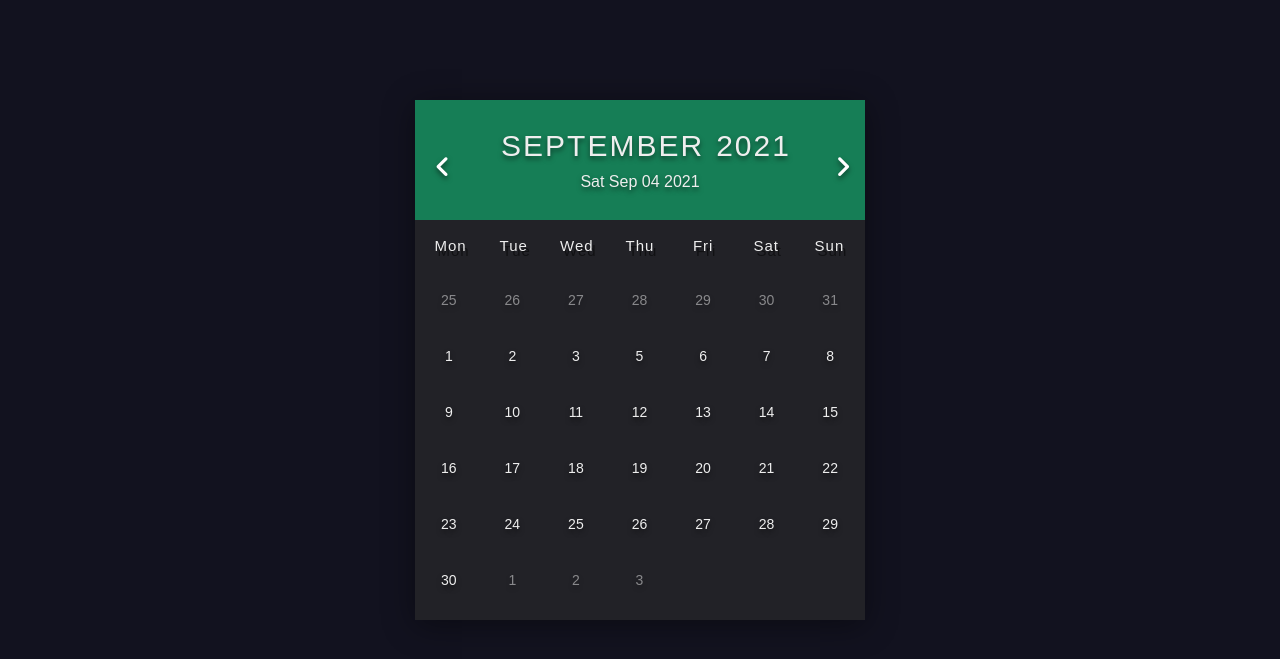
Repository: dboinska/calendar
Page: index.html
An editor plug-in stored every save of this project. The page is shown before and after the next save, followed by the edit.
The browser window is 1280 px wide. The pictures show the whole page.
Some web libraries are served in a nearby version.

Above is the page before, as saved 2021-09-06 18:21:05.

### index.html
<!DOCTYPE html>
<html lang="en">
  <head>
    <meta charset="UTF-8" />
    <meta http-equiv="X-UA-Compatible" content="IE=edge" />
    <meta name="viewport" content="width=device-width, initial-scale=1.0" />
    <title>Calendar</title>
    <script
      src="https://kit.fontawesome.com/5567926149.js"
      crossorigin="anonymous"
    ></script>
    <link rel="stylesheet" href="style.css" />
  </head>
  <body>
    <div class="container">
      <div class="calendar">
        <div class="month">
          <i class="fas fa-angle-left prev"></i>
          <div class="date">
            <div class="header">
              <h1></h1>
              <h2></h2>
            </div>
            <p></p>
          </div>
          <i class="fas fa-angle-right next"></i>
        </div>
        <div class="weekdays">
          <div>Mon</div>
          <div>Tue</div>
          <div>Wed</div>
          <div>Thu</div>
          <div>Fri</div>
          <div>Sat</div>
          <div>Sun</div>
        </div>
        <div class="days"></div>
      </div>
    </div>
    <script src="script.js"></script>
  </body>
</html>

### style.css
* {
  margin: 0;
  padding: 0;
  box-sizing: border-box;
  font-family: "Quicksand", sans-serif;
}

html {
  font-size: 62.5%;
}

.container {
  width: 100%;
  height: 100vh;
  background-color: #12121f;
  color: #eee;
  display: flex;
  justify-content: center;
  align-items: center;
}

.calendar {
  width: 45rem;
  height: 52rem;
  background-color: #222227;
  box-shadow: 0 0.5rem 3rem rgba(0, 0, 0, 0.4);
}

.fas {
  height: 10px;
  width: 10px;
  color: white;
}

.month {
  width: 100%;
  height: 12rem;
  background-color: #167e56;
  display: flex;
  justify-content: space-between;
  align-items: center;
  padding: 0 2rem;
  text-align: center;
  text-shadow: 0 0.3rem 0.5rem rgba(0, 0, 0, 0.5);
}

.month i {
  font-size: 2.5rem;
  cursor: pointer;
}

.month h1,
h2 {
  font-size: 3rem;
  font-weight: 400;
  text-transform: uppercase;
  letter-spacing: 0.2rem;
  margin-bottom: 1rem;
  padding-left: 1.2rem;
}

.month p {
  font-size: 1.6rem;
}

.weekdays {
  width: 100%;
  height: 5rem;
  padding: 0 0.4rem;
  display: flex;
  align-items: center;
}

.weekdays div {
  font-size: 1.5rem;
  font-weight: 400;
  letter-spacing: 0.1rem;
  width: calc(44.2rem / 7);
  display: flex;
  justify-content: center;
  align-items: center;
  text-shadow: 0.3rem 0.5rem rgba(0, 0, 0, 0.5);
}

.days {
  width: 100%;
  display: flex;
  flex-wrap: wrap;
  padding: 0.2rem;
}

.days div {
  font-size: 1.4rem;
  margin: 0.3rem;
  width: calc(40.3rem / 7);
  height: 5rem;
  display: flex;
  justify-content: center;
  align-items: center;
  text-shadow: 0 0.3rem 0.5rem rgba(0, 0, 0, 0.5);
  transition: background-color 0.2s;
}

.days div:hover:not(.today) {
  background-color: #262626;
  border: 2rem solid #777;
  cursor: pointer;
}

.prev-date,
.next-date {
  opacity: 0.5;
}

.header {
  display: flex;
}

.today,
.clickedDay {
  background-color: #167e56;
}

### script.js
const date = new Date();
const renderCalendar = () => {
  const monthDays = document.querySelector(".days");
  const d = new Date(date.getFullYear(), date.getMonth() + 1, 0);
  const lastDay = new Date(
    date.getFullYear(),
    date.getMonth() + 1,
    0
  ).getDate();
  const prevLastDay = new Date(
    date.getFullYear(),
    date.getMonth(),
    0
  ).getDate();
  const firstDayIndex = date.getDay();
  const lastDayIndex = new Date(
    date.getFullYear(),
    date.getMonth(),
    0
  ).getDay();
  console.log(lastDayIndex);
  console.log(lastDay);

  const nextDays = 7 - lastDayIndex - 1;
  const months = [
    "January",
    "February",
    "March",
    "April",
    "May",
    "June",
    "July",
    "August",
    "September",
    "October",
    "November",
    "December",
  ];

  document.querySelector(".date h1").textContent = months[date.getMonth()];
  document.querySelector(".date h2").textContent = date.getFullYear();

  document.querySelector(".date p").textContent = new Date().toDateString();

  let days = "";

  if (lastDayIndex !== 0) {
    for (let x = firstDayIndex + 1; x > 0; x--) {
      const div = document.createElement("div");
      div.textContent = prevLastDay - x + 1;
      div.className = "prev-date";
      monthDays.appendChild(div);
      //days += `<div class="prev-date">${prevLastDay - x + 1}</div>`;
    }
    //  console.log(firstDayIndex - 1, "nie poniedziałek");
  }

  for (let i = 1; i <= lastDay; i++) {
    if (
      i === new Date().getDate() &&
      date.getMonth() === new Date().getMonth()
    ) {
      days += `<div class="today">${i}</div>`;
    } else {
      let div = document.createElement("div");
      div.textContent = i;
      monthDays.appendChild(div);
      // days += `<div>${i}</div>`;
    }

    //monthDays.innerHTML = days;
  }
  console.log(
    "next days",
    nextDays,
    "last day index",
    lastDayIndex,
    "firstdayindex",
    firstDayIndex,
    "prevlastday",
    prevLastDay,
    "d",
    d.getDay()
  );
  //for (let j = 1; j <= nextDays - 1; j++) {
  if (d.getDay() !== 0) {
    for (let j = 1; j <= 7 - d.getDay(); j++) {
      let div = document.createElement("div");
      div.textContent = j;
      div.className = "next-date";
      monthDays.appendChild(div);
      // days += `<div class="next-date">${j}</div>`;
      //monthDays.innerHTML = days;
    }
  }
};
// date.setDate(1);
// console.log(date.getDay());
// const month = date.getMonth();
// console.log(month);

const prevMonth = document.querySelector(".prev");
const nextMonth = document.querySelector(".next");

prevMonth.addEventListener("click", backToPrevMonth);

document.addEventListener("keydown", function (e) {
  if (e.keyCode == "37") {
    backToPrevMonth();
  }
});

nextMonth.addEventListener("click", goToNextMonth);

document.addEventListener("keydown", function (e) {
  if (e.keyCode == "39") {
    goToNextMonth();
  }
});

function backToPrevMonth() {
  date.setMonth(date.getMonth() - 1);
  console.log("month", date.getMonth());
  renderCalendar();
}

function goToNextMonth() {
  date.setMonth(date.getMonth() + 1);
  console.log("month", date.getMonth());
  renderCalendar();
}

const days = [...document.querySelectorAll(".days div")];
function clickDay(day) {
  days.addEventListener("click", () => {
    day.classList.add("clickedDay");
  });
}
console.log(days);

renderCalendar();

After the next save:
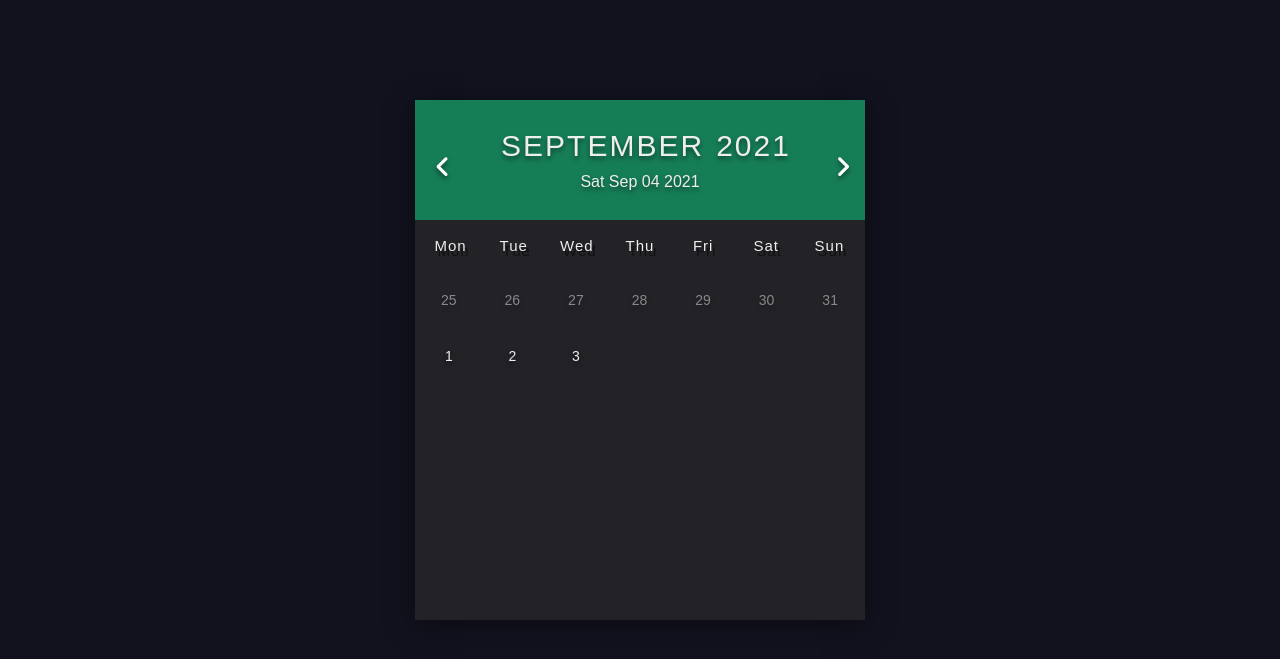
Console error: TypeError: Assignment to constant variable.
Saved 8 min 49 s later.
--- a/script.js
+++ b/script.js
@@ -42,13 +42,14 @@
 
   document.querySelector(".date p").textContent = new Date().toDateString();
 
-  let days = "";
+  //let days = "";
 
   if (lastDayIndex !== 0) {
     for (let x = firstDayIndex + 1; x > 0; x--) {
       const div = document.createElement("div");
       div.textContent = prevLastDay - x + 1;
       div.className = "prev-date";
+
       monthDays.appendChild(div);
       //days += `<div class="prev-date">${prevLastDay - x + 1}</div>`;
     }

After the save that followed:
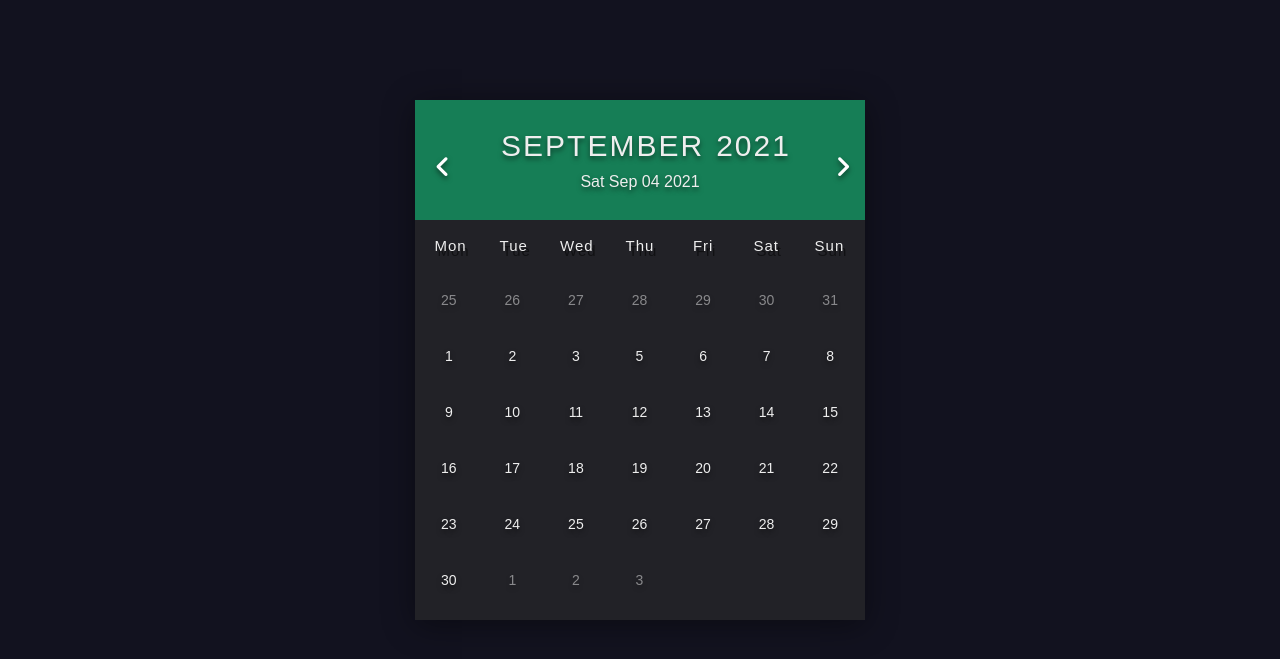
The error is gone.
Saved 12 s later.
--- a/script.js
+++ b/script.js
@@ -42,14 +42,13 @@
 
   document.querySelector(".date p").textContent = new Date().toDateString();
 
-  //let days = "";
+  let days = "";
 
   if (lastDayIndex !== 0) {
     for (let x = firstDayIndex + 1; x > 0; x--) {
       const div = document.createElement("div");
       div.textContent = prevLastDay - x + 1;
       div.className = "prev-date";
-
       monthDays.appendChild(div);
       //days += `<div class="prev-date">${prevLastDay - x + 1}</div>`;
     }
